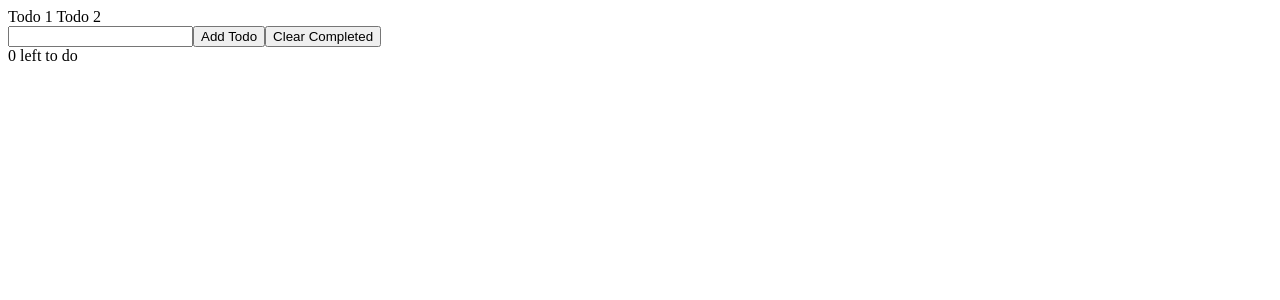
Repository: Hyperion72R/React-concepts
Page: /
These files come from the project's save history. The page is drawn as it stood at one moment and after the next save; the edit follows.
The browser window is 1280 px wide. The pictures show the whole page.
The project was rebuilt for these pictures with package versions that can differ from the ones it lists, and the page was loaded fresh each time.

Above is the page before, as saved 2021-07-14 23:08:08.

After the next save:
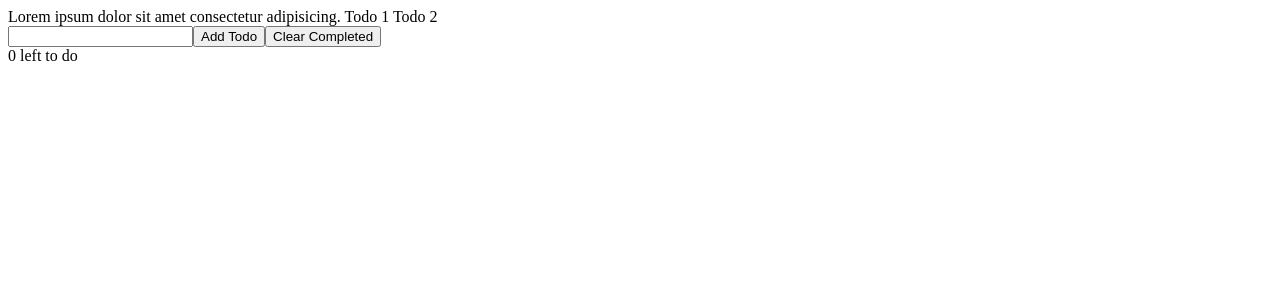
Saved 11 s later.
--- a/src/TodoList.js
+++ b/src/TodoList.js
@@ -1,5 +1,7 @@
 import React from "react";
 
 export default function TodoList({ todoList }) {
-  return <div>{todoList}</div>;
+  return (
+    <div>Lorem ipsum dolor sit amet consectetur adipisicing.{todoList}</div>
+  );
 }
